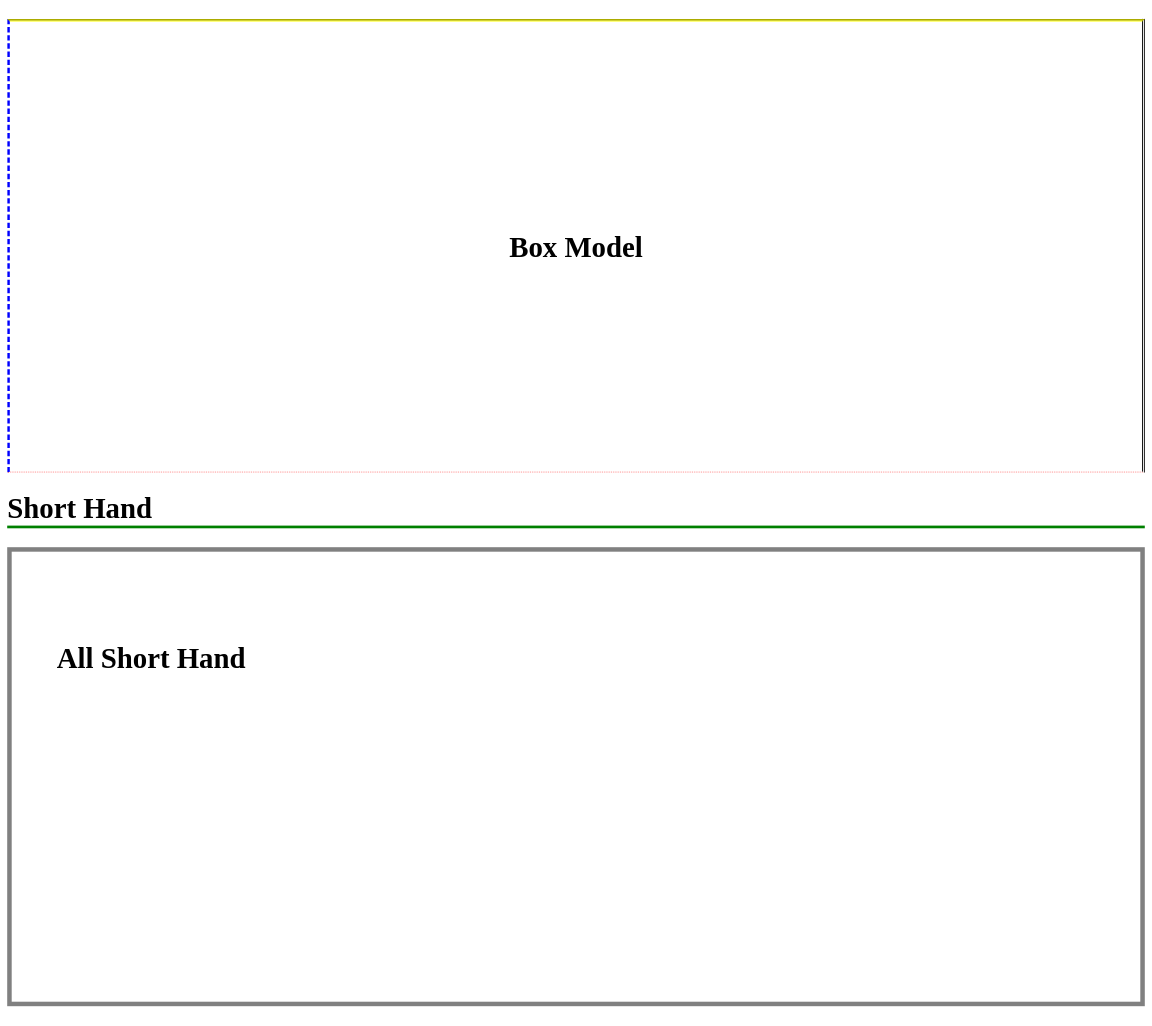
Repository: lbj0314/webTest
Page: Css_1/WebContent/css_6.html
An editor plug-in stored every save of this project. The page is shown before and after the next save, followed by the edit.
The browser window is 1280 px wide. The pictures show the whole page, at 90% of full size.

Above is the page before, as saved 2019-10-16 05:48:28.

After the next save:
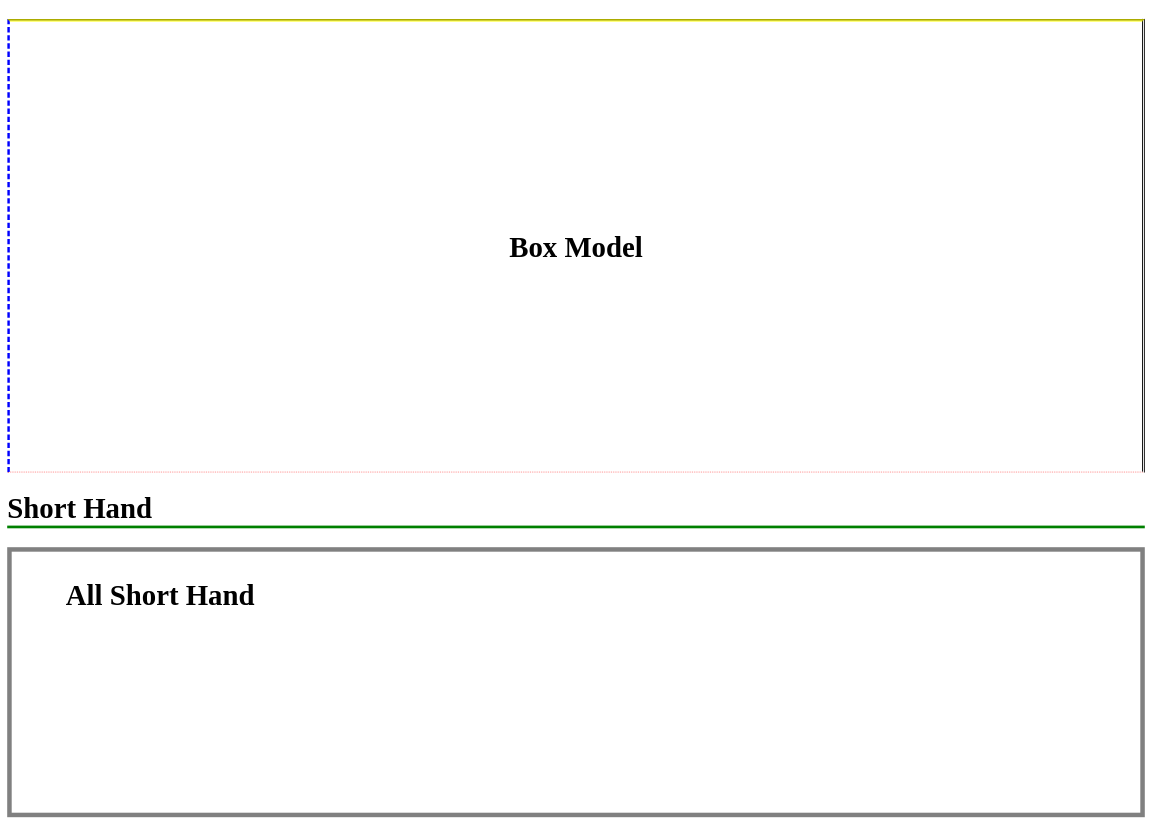
Saved 19 min 29 s later.
--- a/Css_1/WebContent/css_6.html
+++ b/Css_1/WebContent/css_6.html
@@ -28,11 +28,9 @@
 	}
 	#b3{
 		border: 5px gray solid;
-		padding-top : 100px;
-		padding-bottom: 100px;
-		padding-left: 50px;
-/* 		padding-right : 50px; */
+		padding : 30px 60px 90px ;
 		height: 300px;
+		box-sizing: border-box;
 	}
 </style>
 </head>
